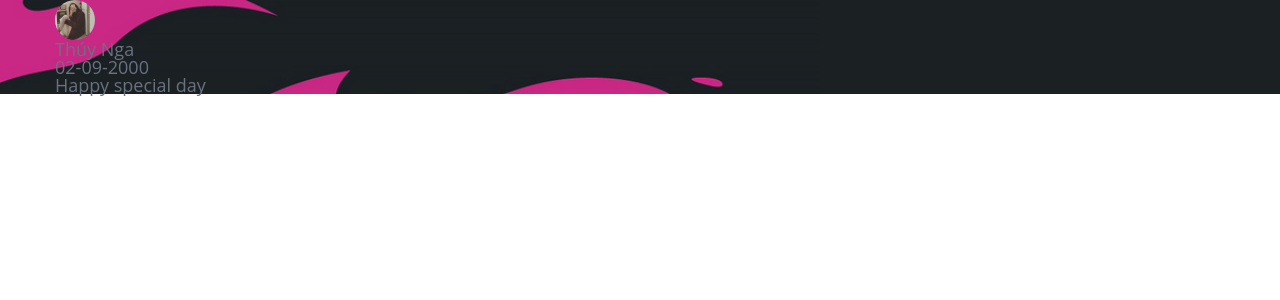
Repository: Datt21/p-happyB
Page: index.html
The author's editor kept a copy of each file at every save. The page is drawn from the files as they stood at one save, then again after the next save.
The browser window is 1280 px wide. The pictures show the whole page.
Some icons come from a web library that is not loaded, so they are not drawn.

Above is the page before, as saved 2021-08-31 04:22:35.

After the next save:
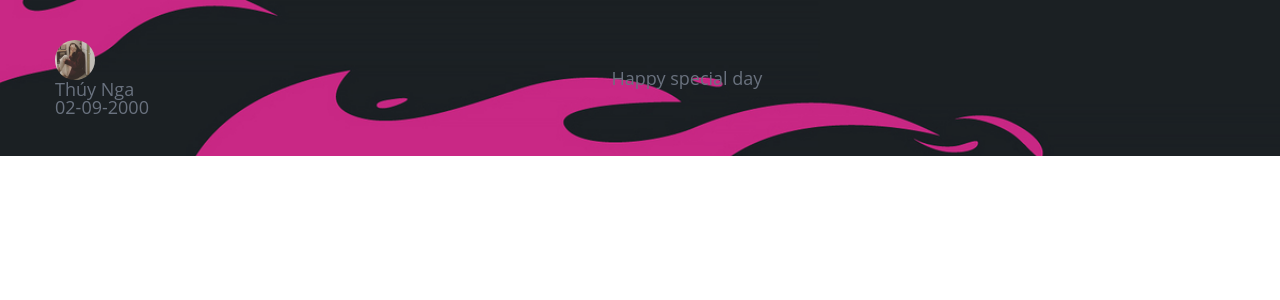
Saved 74 s later.
--- a/app.css
+++ b/app.css
@@ -52,3 +52,10 @@ body {
     height: 40px;
     border-radius: 50%;
 }
+
+.header-main {
+    display: flex;
+    justify-content: space-between;
+    align-items: center;
+    padding: 40px 0;
+}
